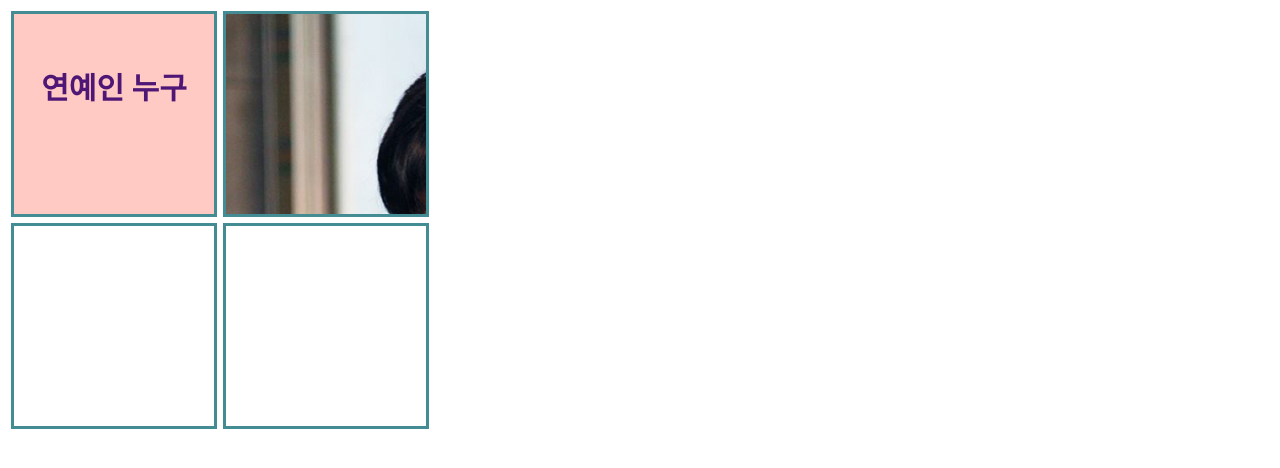
Repository: hojohe/bit-java
Page: 07_css/WebContent/99_exam/exam02.html
The author's editor kept a copy of each file at every save. The page is drawn from the files as they stood at one save, then again after a run of saves.
The browser window is 1280 px wide. The pictures show the whole page.

Above is the page before, as saved 2017-01-25 05:23:35.

After the next 2 saves:
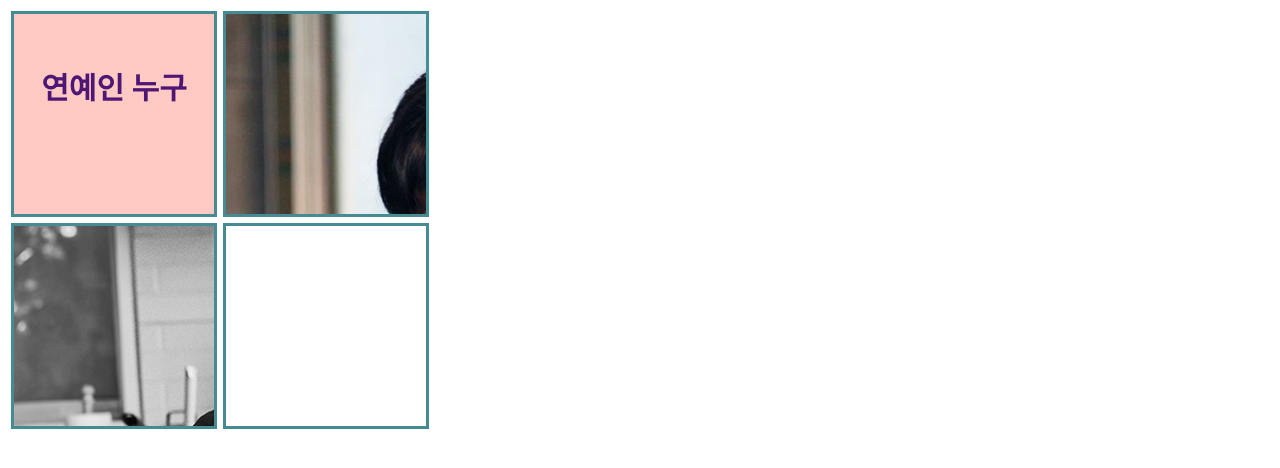
The 2 saves are shown as one change because they came seconds apart.
The last was saved 9 s later.
--- a/07_css/WebContent/99_exam/exam02.html
+++ b/07_css/WebContent/99_exam/exam02.html
@@ -32,6 +32,7 @@
 	}
 	div.pic3 {
 		clear: both;
+		background-image: url("/07_css/images/공유2.jpg");
 	}
 
 </style>
